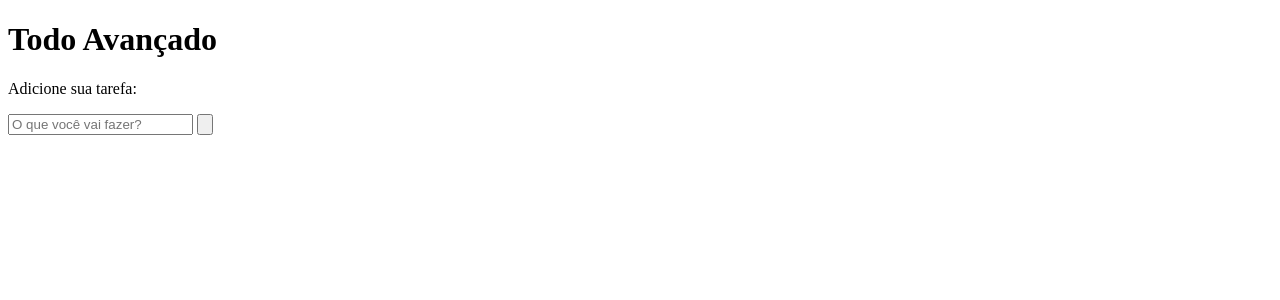
Repository: Guillermomarcon/ProjetoToDo
Page: index.html
An editor plug-in stored every save of this project. The page is shown before and after the next save, followed by the edit.
The browser window is 1280 px wide. The pictures show the whole page.
Some web libraries are served in a nearby version.

Above is the page before, as saved 2022-08-27 16:36:54.

### index.html
<!DOCTYPE html>
<html lang="pt-br">
<head>
    <meta charset="UTF-8">
    <meta http-equiv="X-UA-Compatible" content="IE=edge">
    <meta name="viewport" content="width=device-width, initial-scale=1.0">
    <title>Todo Avançado</title>
    <!--css do projeto-->
    <link rel="stylesheet" href="estilos/style.css">
    <!--Biblioteca de font vamos usar a Font Awesome  font awesome cdnjs
    encontrado nesse link
    https://cdnjs.com/libraries/font-awesome   -->
    <link rel="stylesheet" href="https://cdnjs.cloudflare.com/ajax/libs/font-awesome/6.1.2/css/all.min.css" integrity="sha512-1sCRPdkRXhBV2PBLUdRb4tMg1w2YPf37qatUFeS7zlBy7jJI8Lf4VHwWfZZfpXtYSLy85pkm9GaYVYMfw5BC1A==" crossorigin="anonymous" referrerpolicy="no-referrer" />
    <!--Js do projeto-->
    <script src="js/javascript.js" defer></script>
</head>
<body>
    <div class="todo-container">
        <header>
            <h1>Todo Avançado</h1>
        </header>
        <form  id="todo-form">
            <p>Adicione sua tarefa:</p>
            <div class="form-control">
                <input type="text" name="input-text" id="todo-input" placeholder="O que você vai fazer?">
                <input type="button" value="">
            </div>
        </form>


    </div>


</body>
</html>

### estilos/style.css
@charset "UTF-8"

Loaded but not shown: js/javascript.js (no stored copy; drawn as an empty file)

After the next save:
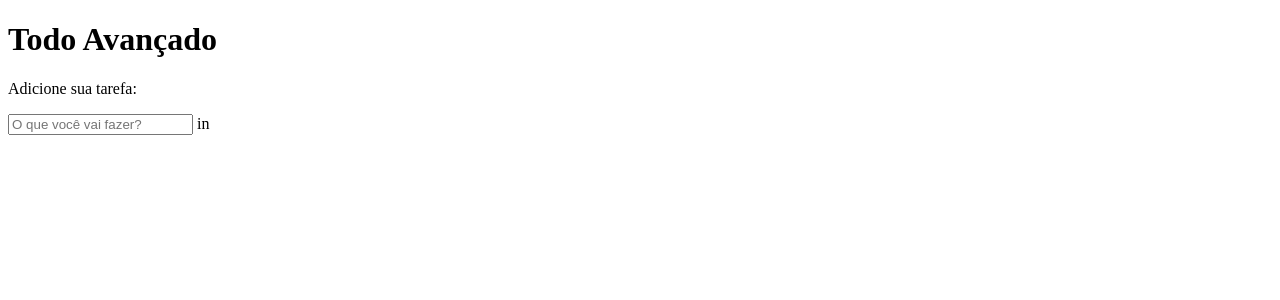
Saved 9 s later.
--- a/index.html
+++ b/index.html
@@ -23,7 +23,7 @@
             <p>Adicione sua tarefa:</p>
             <div class="form-control">
                 <input type="text" name="input-text" id="todo-input" placeholder="O que você vai fazer?">
-                <input type="button" value="">
+                in
             </div>
         </form>
 

After the save that followed:
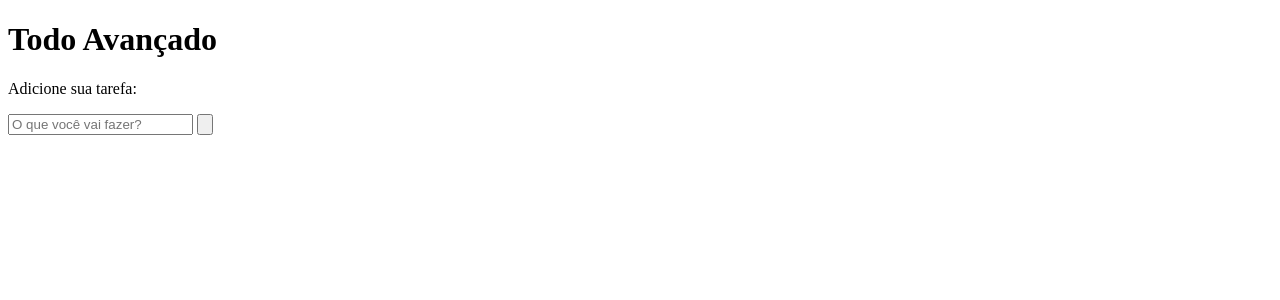
Saved 5 s later.
--- a/index.html
+++ b/index.html
@@ -23,7 +23,7 @@
             <p>Adicione sua tarefa:</p>
             <div class="form-control">
                 <input type="text" name="input-text" id="todo-input" placeholder="O que você vai fazer?">
-                in
+                <input type="submit" value="">
             </div>
         </form>
 
